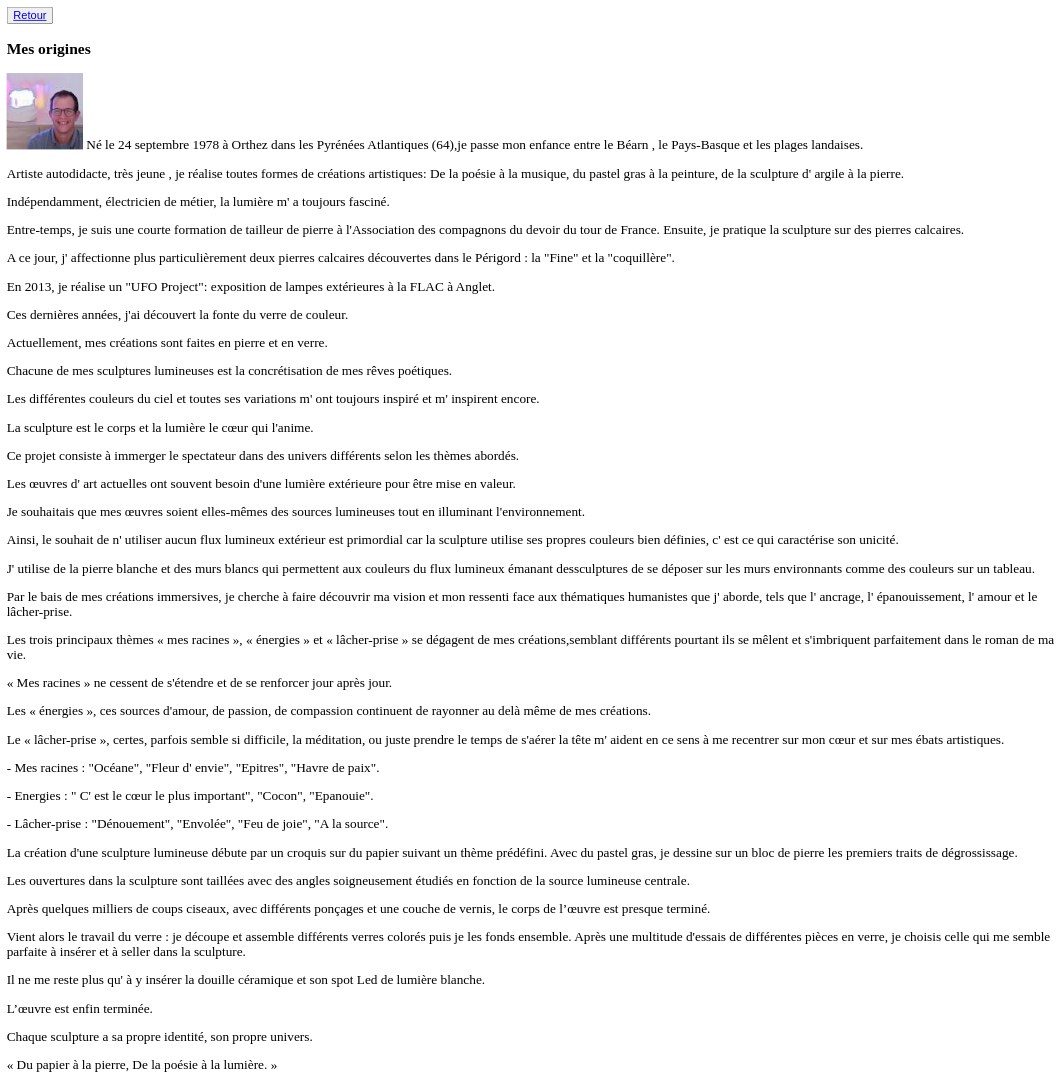
Repository: lysianebo/EricBidart
Page: presentation_more.html
The author's editor kept a copy of each file at every save. The page is drawn from the files as they stood at one save, then again after the next save.
The browser window is 1280 px wide. The pictures show the whole page, at 83% of full size.

Above is the page before, as saved 2023-10-29 10:10:50.

After the next save:
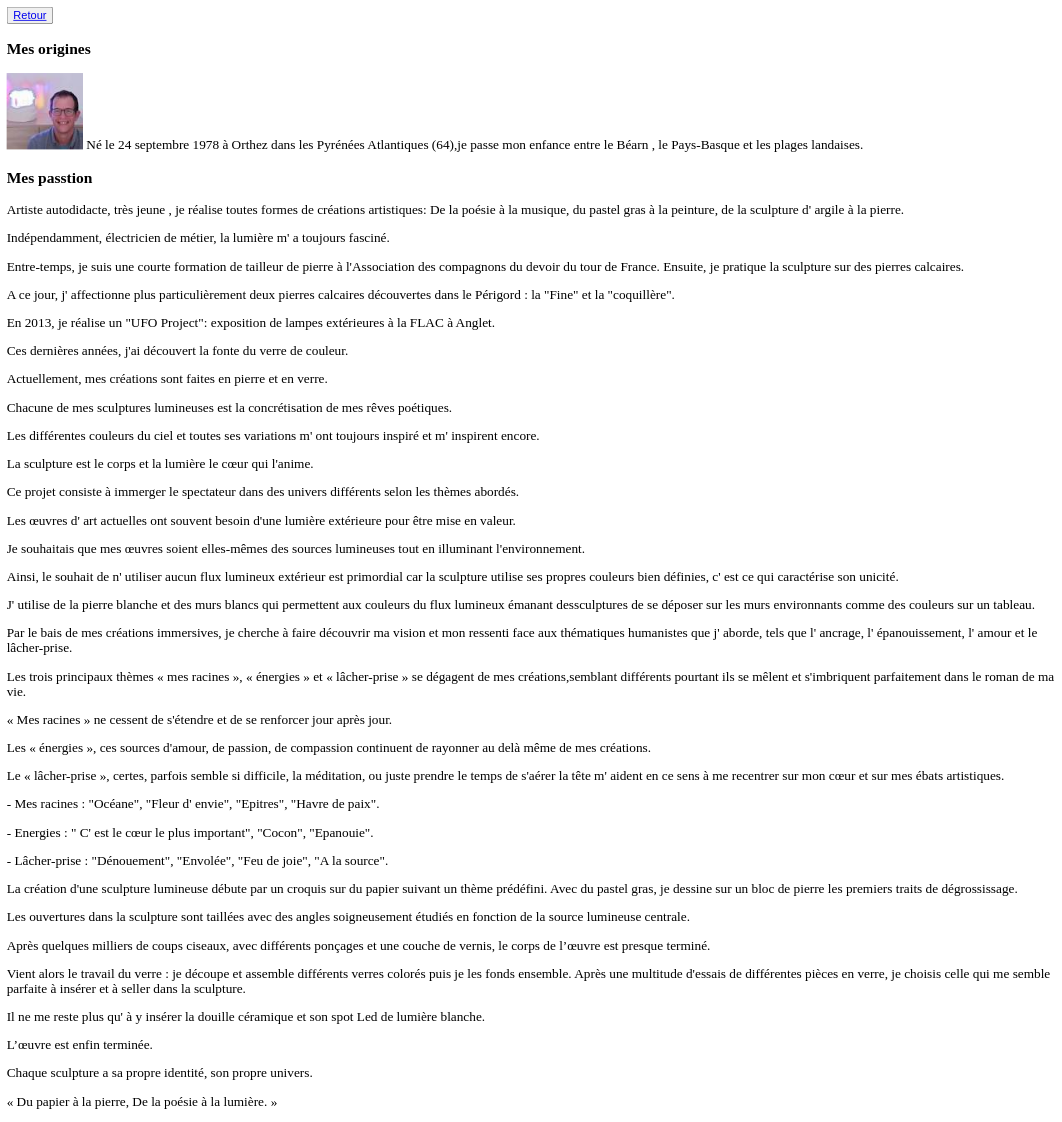
Saved 10 s later.
--- a/presentation_more.html
+++ b/presentation_more.html
@@ -12,7 +12,7 @@
     <div id="presentation" class="content" >
         <h3>Mes origines</h3>
         <p class="text"><img src="public/images/happy_moi.jpeg" alt=""> Né le 24 septembre 1978 à Orthez dans les Pyrénées Atlantiques (64),je passe mon enfance entre le Béarn , le Pays-Basque et les plages landaises.</p>
-
+        <h3>Mes passtion</h3>
         <p> Artiste autodidacte, très jeune , je réalise toutes formes de créations artistiques: De la poésie à la musique, du pastel gras à la peinture, de la sculpture d' argile à la pierre.</p>
         <p> Indépendamment, électricien de métier, la lumière m' a toujours fasciné.</p>
         <p> Entre-temps, je suis une courte formation de tailleur de pierre à l'Association des compagnons du devoir du
